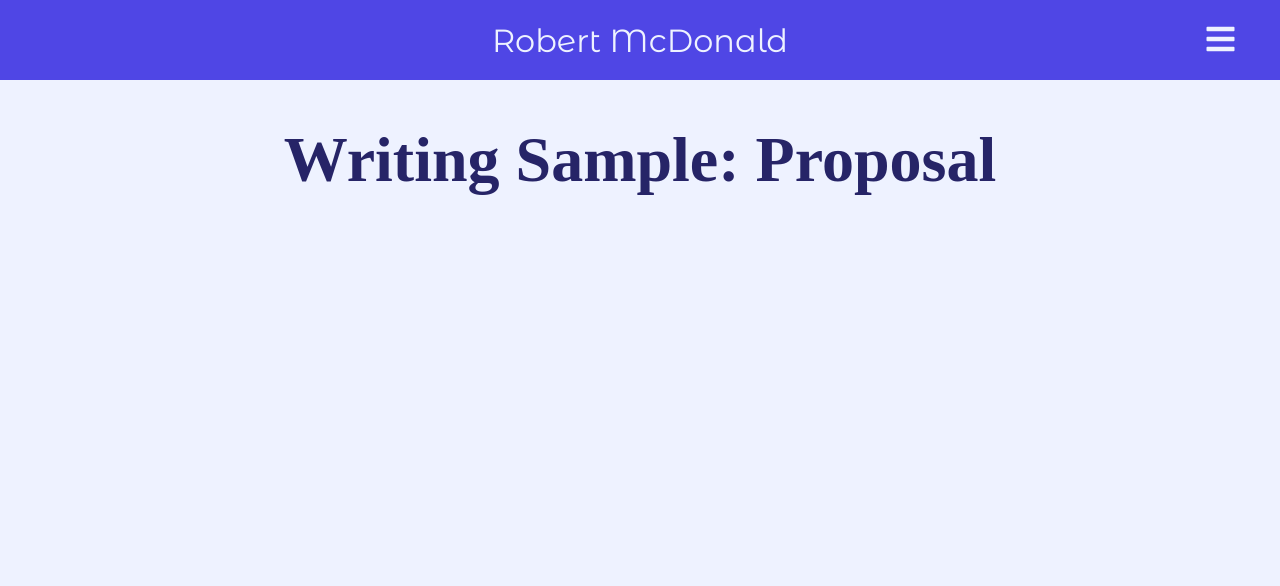
Repository: robbymcd/Digital-Portofolio-Robert-McDonald
Page: proposal.html
An editor plug-in stored every save of this project. The page is shown before and after the next save, followed by the edit.
The browser window is 1280 px wide. The pictures show the part of the page from y = 0 to 586 px (the page is 800 px tall).
Pictures or frames that could not be fetched are drawn as grey boxes. Some web libraries are served in a nearby version.

Above is the page before, as saved 2022-12-03 22:16:12.

After the next save:
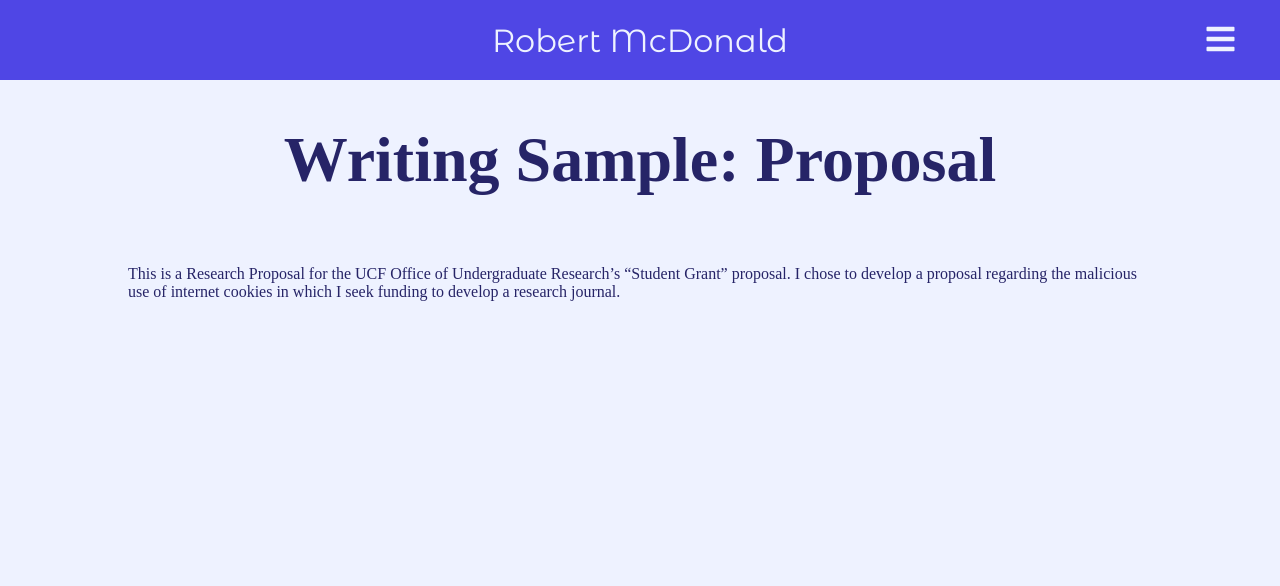
Saved 3 min 42 s later.
--- a/proposal.html
+++ b/proposal.html
@@ -27,7 +27,7 @@
     </nav>
     <div class="pdf-container">
         <h1 class="header">Writing Sample: Proposal</h1>
-        <p class="content"></p>
+        <p class="content">This is a Research Proposal for the UCF Office of Undergraduate Research’s “Student Grant” proposal. I chose to develop a proposal regarding the malicious use of internet cookies in which I seek funding to develop a research journal.</p>
         <iframe src="pdfs/proposal.pdf" width="100%" height="500px"></iframe>
     </div>
     <script src="./app.js"></script>
